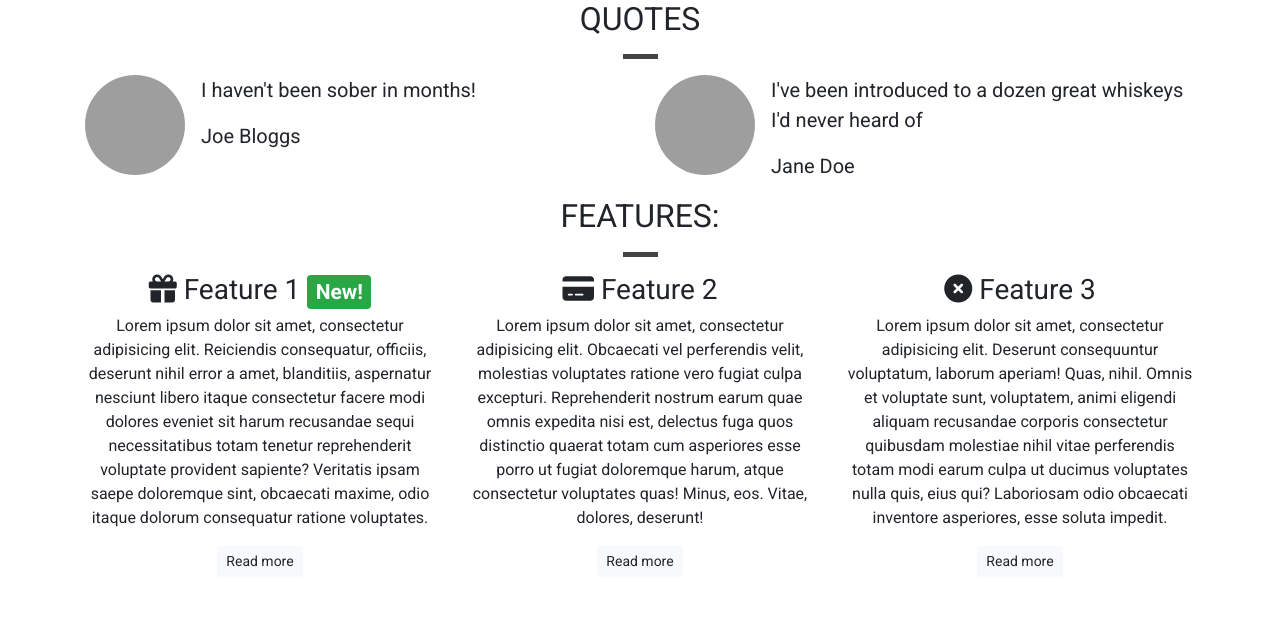
Repository: Matt-F90/Intro-to-bootstrap
Page: index.html
The author's editor kept a record of every edit. The page is drawn from the files as they stood at one moment, then again after the next edit.
The browser window is 1280 px wide. The pictures show the part of the page from y = 720 to 1487 px (the page is 1337 px tall before and 1487 px after).
Pictures or frames that could not be fetched are drawn as grey boxes. Backgrounds fixed to the window are drawn as part of the page. Some web libraries are served in a nearby version.

Above is the page before.
Console error: TypeError: Cannot read properties of undefined (reading 'fn')

### index.html
<!DOCTYPE html>
<html lang="en">

<head>
    <meta charset="UTF-8">
    <meta name="viewport" content="width=device-width, initial-scale=1.0">
    <meta http-equiv="X-UA-Compatible" content="ie=edge">
    <title>Whiskey Drop | Taste a new whiskey every month</title>
    <link rel="stylesheet" href="https://stackpath.bootstrapcdn.com/bootstrap/4.1.3/css/bootstrap.min.css" integrity="sha384-MCw98/SFnGE8fJT3GXwEOngsV7Zt27NXFoaoApmYm81iuXoPkFOJwJ8ERdknLPMO" crossorigin="anonymous">
    <script src="https://stackpath.bootstrapcdn.com/bootstrap/4.1.3/js/bootstrap.min.js" integrity="sha384-ChfqqxuZUCnJSK3+MXmPNIyE6ZbWh2IMqE241rYiqJxyMiZ6OW/JmZQ5stwEULTy" crossorigin="anonymous"></script>
    <script src="https://kit.fontawesome.com/f919e2be21.js" crossorigin="anonymous"></script>
    <link href="https://fonts.googleapis.com/css?family=Roboto:400,700&display=swap" rel="stylesheet">
    <link rel="stylesheet" href="css/style.css" type="text/css">

    <body>
        <div class="container-fluid navalert-container">
            <div class="container-fluid alert-container">
                <div class="row d-none d-sm-block">
                    <div class="col-12">
                        <div class="site-wide-alert alert alert-warning">
                            <strong>Sale now on!</strong> We've got a deal on! Get a 12 month subcription for the price of 6! <a href "/">See here for more details!</a>
                        </div>
                    </div>
                </div>
            </div>
            <nav class="navbar navbar-dark navbar-expand-sm">
                <a href="/" class="navbar-brand">Whiskey Drop</a>

                <button class="navbar-toggler ml-auto" type="button" data-toggle="collapse" data-target="#navbarNavDropdown" aria-controls="navbarNavDropdown" aria-expanded="false" aria-label="Toggle navigation">
        <span class="navbar-toggler-icon"></span></button>

                <div class="collapse navbar-collapse" id="navbarNavDropdown">

                    <ul class="navbar-nav mr-auto">
                        <li class="active nav-item mr-2"><a class="nav-link" href="/">Home</a></li>
                        <li class="nav-item mr-2"><a class="nav-link" href="/about">About</a></li>
                        <li class "nav-item dropdown">
                            <a class="nav-link dropdown-toggle" href="#" id="navbarDropdownMenuLink" role="button" data-toggle="dropdown" aria-haspopup="true" aria-expanded="false">
          Whiskeys</a>
                            <div class="dropdown-menu" aria-labelledby="navbarDropdownMenuLink">
                                <a class="dropdown-item" href="#">Irish</a>
                                <a class="dropdown-item" href="#">Scotch</a>
                                <a class="dropdown-item" href="#">Japanese</a>
                                <a class="dropdown-item" href="#">American</a>
                            </div>
                        </li>
                        <li class="nav-item mr-2 d-block d-sm-none"><a class="nav-link" href="/login">Sign Up / Sign In</a></li>
                    </ul>
                </div>
                <div class="d-none d-md-block">
                    <p class="navbar-text my-auto mr-2"><i>Great whiskey delivered to your door!</i></p>
                    <a href="/login" class="btn btn-cta btn-red">Sign Up / Sign In</a>
                </div>
            </nav>
        </div>

        <div class="container-fluid callout-container">
            <div class="opaque-overlay"> </div>
            <div class="row">
                <div class="col-12">
                    <section class="callout jumbotron text-center">
                        <h1 class="jumbotron-header">The finest whiskeys delivered to your doorstep</h1>
                        <hr class="block-divider">
                        <p class="lead">Sign up today to start recieving the world's greatest whiskeys.
                            <s class="d-none d-sm-inline">£19.99</s>
                            <span class="d-inline d-sm-none"><br></span>
                            <strong><mark>First one is free!</mark></strong></p>
                        <button class="btn btn-lg btn-cta btn-red" data-toggle="modal" data-target="#signUpModal">Sign up!</button>
                        <p class="text-muted"><small>You must be over 18 to sign up for our service. Please, drink responsibly</small></p>
                    </section>
                </div>
            </div>
        </div>




        <div class="container  quotes-container">
            <section class="quotes">
                <div class="row">
                    <div class="col-12 page-header">
                        <h2 class="text-uppercase">Quotes</h2>
                        <hr class="block-divider block-divider-short">
                    </div>
                </div>
                <div class="row">
                    <div class="col-12 col-md-6">
                        <div class="media">
                            <div class="d-none d-sm-block">
                                <img src="images/guy-image.png" class="rounded-circle mr-3" height=100 width=100>
                            </div>
                            <div class="media-body">
                                <blockquote class="blockquote">
                                    <p>I haven't been sober in months!</p>
                                    <p>Joe Bloggs</p>
                                </blockquote>
                            </div>
                        </div>
                    </div>
                    <div class="col-12 col-md-6">
                        <div class="media">
                            <div class="d-none d-sm-block">
                                <img src="images/girl-image.png" class="rounded-circle mr-3" height=100 width=100>
                            </div>
                            <div class="media-body">
                                <blockquote class="blockquote">
                                    <p>I've been introduced to a dozen great whiskeys I'd never heard of</p>
                                    <p>Jane Doe</p>
                                </blockquote>
                            </div>
                        </div>
                    </div>
                </div>
            </section>
        </div>

        <div class="container features-container">
            <section class="features">
                <div class="row">
                    <div class="col-12 page-header">
                        <h2 class="text-uppercase">Features:</h2>
                        <hr class="block-divider block-divider-short">
                    </div>
                </div>
                <div class="row">
                    <div class="col-12 col-md-6 col-lg-4">
                        <div class="feature">
                            <h3><i class="fas fa-gift d-none d-sm-inline"></i> Feature 1 <span class="badge badge-success d-none d-sm-inline">New!</span></h3>
                            <p>Lorem ipsum dolor sit amet, consectetur adipisicing elit. Reiciendis consequatur, officiis, deserunt nihil error a amet, blanditiis, aspernatur nesciunt libero itaque consectetur facere modi dolores eveniet sit harum recusandae
                                sequi necessitatibus totam tenetur reprehenderit voluptate provident sapiente? Veritatis ipsam saepe doloremque sint, obcaecati maxime, odio itaque dolorum consequatur ratione voluptates.</ipsum50>
                            </p>
                            <p><a class="btn btn-sm btn-light">Read more</a></p>
                        </div>
                    </div>
                    <div class="col-12 col-md-6 col-lg-4">
                        <div class="feature">
                            <h3><i class="fas fa-credit-card d-none d-sm-inline"></i> Feature 2 </h3>
                            <p>Lorem ipsum dolor sit amet, consectetur adipisicing elit. Obcaecati vel perferendis velit, molestias voluptates ratione vero fugiat culpa excepturi. Reprehenderit nostrum earum quae omnis expedita nisi est, delectus fuga quos
                                distinctio quaerat totam cum asperiores esse porro ut fugiat doloremque harum, atque consectetur voluptates quas! Minus, eos. Vitae, dolores, deserunt!</p>
                            <p><a class="btn btn-sm btn-light">Read more</a></p>
                        </div>
                    </div>
                    <div class="col-12 d-md-none d-lg-block col-lg-4">
                        <div class="feature">
                            <h3><i class="fas fa-times-circle d-none d-sm-inline">
                                </i> Feature 3</h3>
                            <p>Lorem ipsum dolor sit amet, consectetur adipisicing elit. Deserunt consequuntur voluptatum, laborum aperiam! Quas, nihil. Omnis et voluptate sunt, voluptatem, animi eligendi aliquam recusandae corporis consectetur quibusdam
                                molestiae nihil vitae perferendis totam modi earum culpa ut ducimus voluptates nulla quis, eius qui? Laboriosam odio obcaecati inventore asperiores, esse soluta impedit.</p>
                            <p><a class="btn btn-sm btn-light">Read more</a></p>
                        </div>
                    </div>
                </div>
            </section>
        </div>


        <div class="modal" tabindex="-1" role="dialog" id="signUpModal">
            <div class="modal-dialog" role="document">
                <div class="modal-content">
                    <div class="modal-header">
                        <h5 class="modal-title">Sign Up To Whiskey Drop</h5>
                        <button type="button" class="close" data-dismiss="modal" aria-label="Close">
          <span aria-hidden="true">&times;</span>
        </button>
                    </div>
                    <div class="modal-body">

                        <form>
                            <div class="form-group">
                                <label for="exampleInputEmail1">Email address</label>
                                <input type="email" class="form-control" id="exampleInputEmail1" aria-describedby="emailHelp" placeholder="Enter email">
                                <small id="emailHelp" class="form-text text-muted">We'll never share your email with anyone else.</small>
                            </div>
                            <div class="form-group">
                                <label for="password">Password</label>
                                <input type="password" class="form-control" id="password" placeholder="Password">
                            </div>
                            <div class="form-group">
                                <label for="repeatpassword">Repeat Password</label>
                                <input type="password" class="form-control" id="exampleInputPassword1" placeholder="Password">
                            </div>
                            <button type="submit" class="btn btn-success">Submit</button>
                        </form>

                    </div>
                </div>
            </div>
        </div>

        <script src="https://code.jquery.com/jquery-3.3.1.slim.min.js" integrity="sha384-q8i/X+965DzO0rT7abK41JStQIAqVgRVzpbzo5smXKp4YfRvH+8abtTE1Pi6jizo" crossorigin="anonymous"></script>
        <script src="https://cdnjs.cloudflare.com/ajax/libs/popper.js/1.14.3/umd/popper.min.js" integrity="sha384-ZMP7rVo3mIykV+2+9J3UJ46jBk0WLaUAdn689aCwoqbBJiSnjAK/l8WvCWPIPm49" crossorigin="anonymous"></script>
        <script src="https://stackpath.bootstrapcdn.com/bootstrap/4.1.3/js/bootstrap.min.js" integrity="sha384-ChfqqxuZUCnJSK3+MXmPNIyE6ZbWh2IMqE241rYiqJxyMiZ6OW/JmZQ5stwEULTy" crossorigin="anonymous"></script>
    </body>

</html>

### css/style.css
body {
  font-family: 'Roboto', sans-serif;
}

.container-wrapper {

}

.container-wrapper-red {
  background-color: red;
  color:white;
}


.alert-container .col-12 {
    padding-left: 0;
    padding-right: 0;
}

.site-wide-alert {
    color: #544600;
    background-color: #eec802;
    border-color: #eec802;
    padding: 5px 15px;
    margin-bottom: 0;
    border: 1px solid transparent;
    border-radius: 0;
}

.callout-container{
  height: 100vh;

  background: url(https://image.shutterstock.com/image-photo/bottle-glass-whiskey-on-wooden-260nw-304241285.jpg) no-repeat bottom right fixed;
  -webkit-background-size: cover;
  -moz-background-size: cover;
  -o-background-size: cover;
  background-size: cover;

  display: flex;
  align-items: center;
  justify-content: center;

  position: relative;

}

.opaque-overlay {
  position: absolute;
  top: 0;
  left: 0;
  height: 100%;
  width: 100%;
  background-color: rgba(0,0,0,0.5);
}

.quotes-container{}

.features-container {}

.page-header {
  margin-top: 0;
  border-bottom: 0;
  text-align: center;
}

.page-header h2 {
 margin-top: 0;
}

.navalert-container {
  position: absolute;
  top: 0;
  left: 0;
  padding-left: 0;
  padding-right: 0;
  z-index: 1;
}

.navbar {
  margin-bottom: 0;
  border: 0;
  width: 100%;
  background-color: rgba(0,0,0,0.5);
}


.jumbotron {
  background-color: transparent;
}

.jumbotron h1 {
  color: white;
  font-weight: bold;
  margin-top: 90px;
}

.jumbotron .lead {
  color: antiquewhite;
  margin: 25px 0;
}

.block-divider {
    width: 75px;
    height: 5px;
    border: 0;
    background-color: #444
}

.block-divider-orange {
  background-color: orange
}

.block-divider-white {
  background-color: white;
}

.block-divider-short {
    width: 35px;
}

.content-container {
  padding-top: 75px;
  padding-bottom: 75px;
}

.btn-cta {
  font-weight: bold;
  border-radius: 23px;
  width: 160px;
}


.btn-red {
  color: white;
  background-color: red;
  border-color: red;

}

.feature .btn {
  color: red;
}


.btn-red:hover,
.btn-red:active,
.btn-red:focus,
.btn-red:focus:active {
  background-color:#960a0a;
  border-color:#960a0a;
  color: antiquewhite;
}

.feature {
  text-align: center;
  margin-bottom: 40px
}

After the next edit:
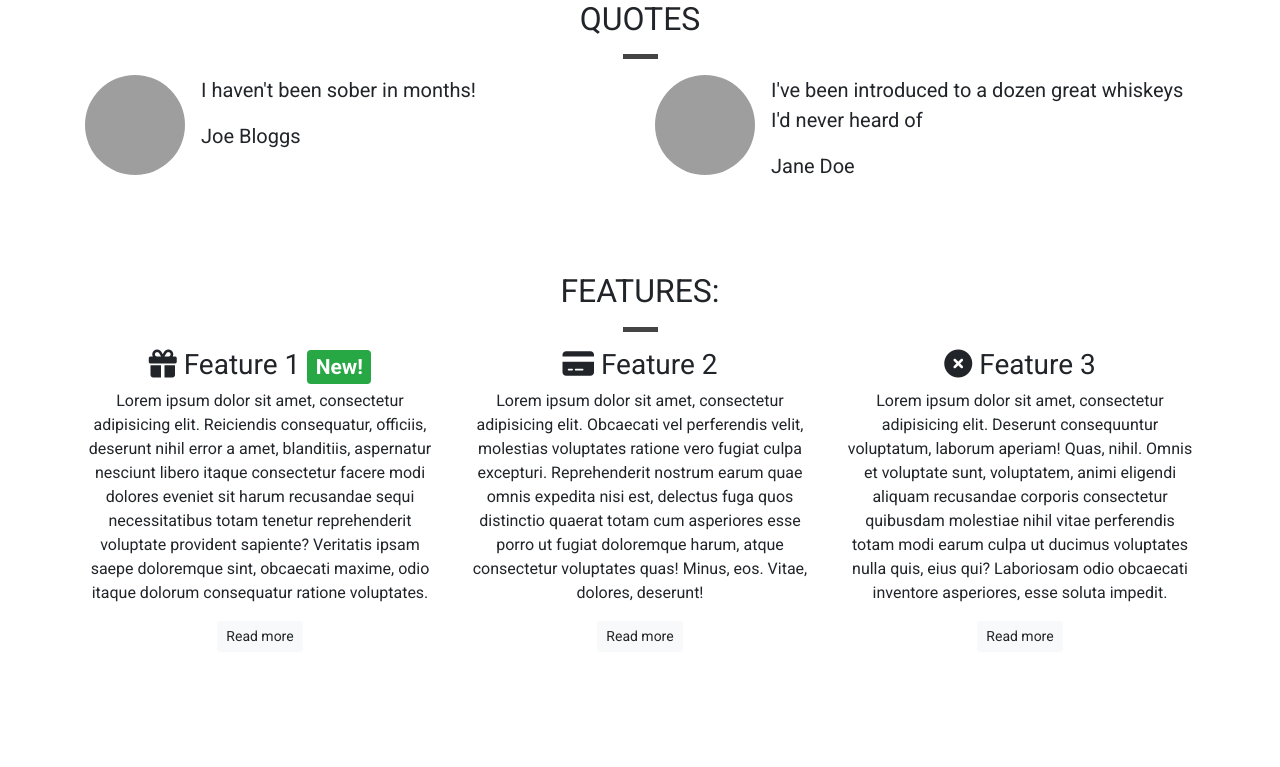
The edit:
--- a/index.html
+++ b/index.html
@@ -114,7 +114,7 @@
             </section>
         </div>
 
-        <div class="container features-container">
+        <div class="container features-container content-container">
             <section class="features">
                 <div class="row">
                     <div class="col-12 page-header">
